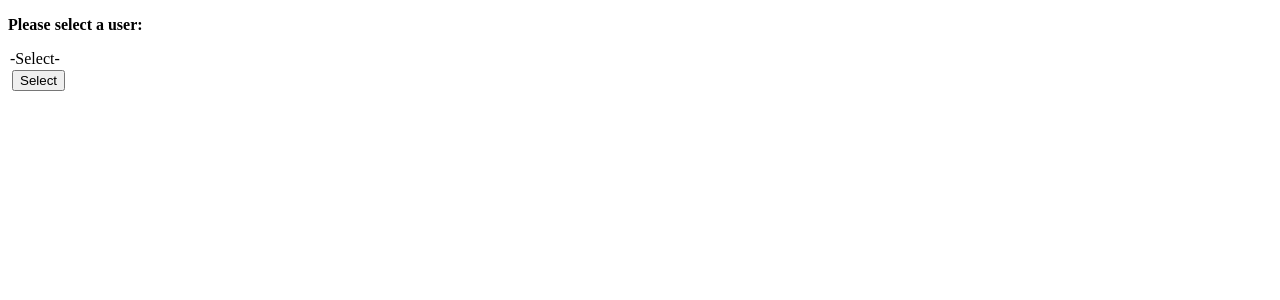
Repository: xeg28/CS-3220-Assignments
Page: http://localhost/Final/SelectUser
An editor plug-in stored every save of this project. The page is shown before and after the next save, followed by the edit.
The browser window is 1280 px wide. The pictures show the whole page.
The page is served by Tomcat 9. Queries for data that is not in the repository find no rows.

Above is the page before, as saved 2023-05-17 00:58:19.

After the next save:
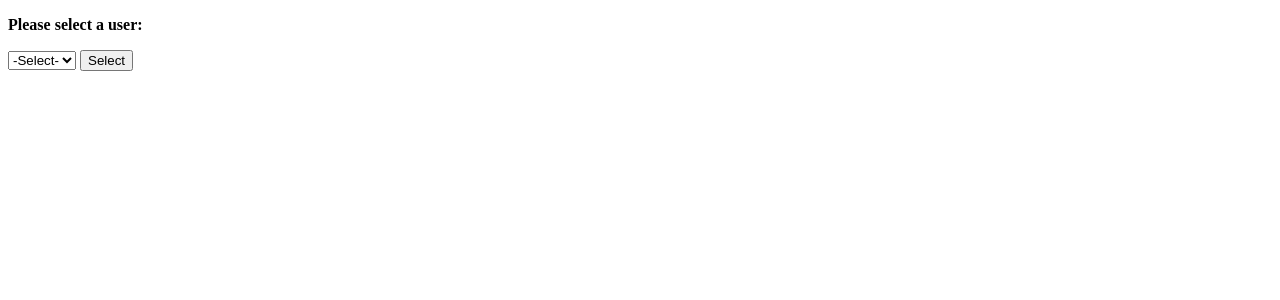
Saved 86 s later.
--- a/Final/src/main/webapp/WEB-INF/final/SelectUser.jsp
+++ b/Final/src/main/webapp/WEB-INF/final/SelectUser.jsp
@@ -8,7 +8,7 @@
 <body>
 	<p> <b>Please select a user:</b>
 		<br/>
-		<form
+		<form action="#" method="get"></form>
 		<select name="user">
 			<option>-Select-</option>
 			<c:forEach items="${users}" var="user">
